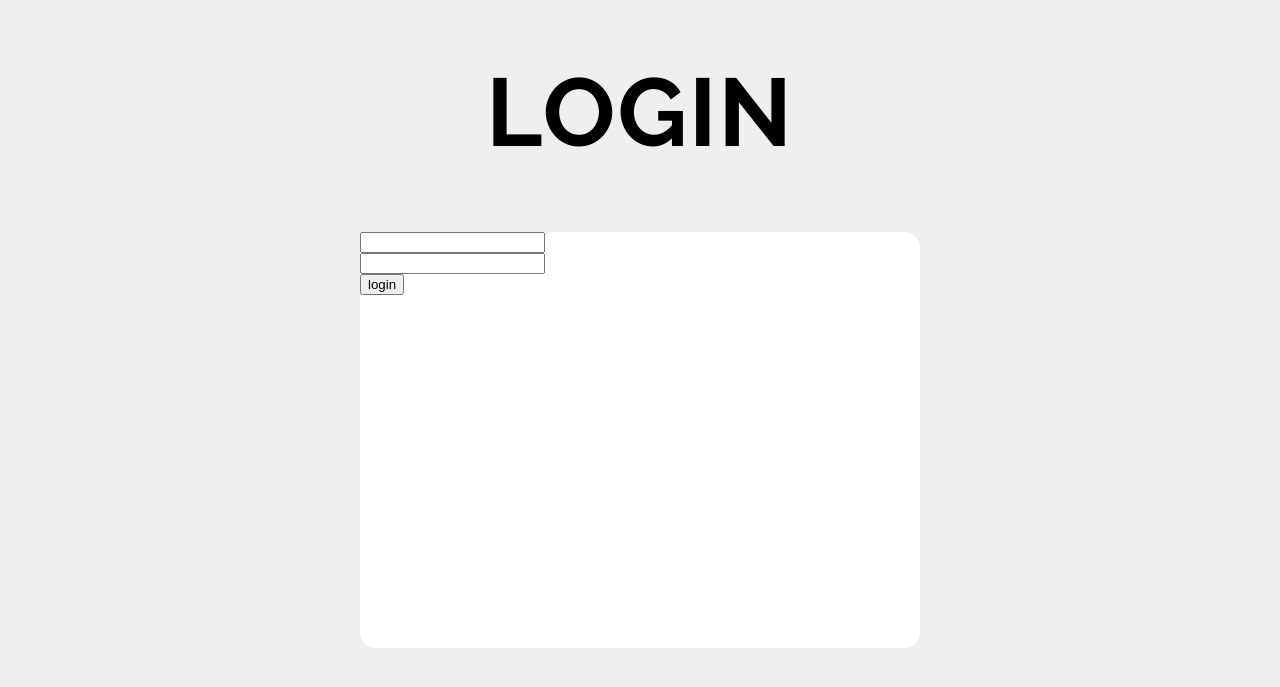
Repository: rehamtaher10/thirdReactTask
Page: /
The author's editor kept a copy of each file at every save. The page is drawn from the files as they stood at one save, then again after the next save.
The browser window is 1280 px wide. The pictures show the whole page.
The project was rebuilt for these pictures with package versions that can differ from the ones it lists, and the page was loaded fresh each time. Also part of the build but not shown: vite.config.js, src/components/HomePage/Home.jsx, src/style/navBar.css, src/components/Navbar.jsx, src/components/Layout/Layout.jsx, src/components/AboutPage/About.jsx, src/style/contactUs.css, src/components/ContactUsPage/ContactUs.jsx and 2 more.

Above is the page before, as saved 2024-12-01 23:07:13.

After the next save:
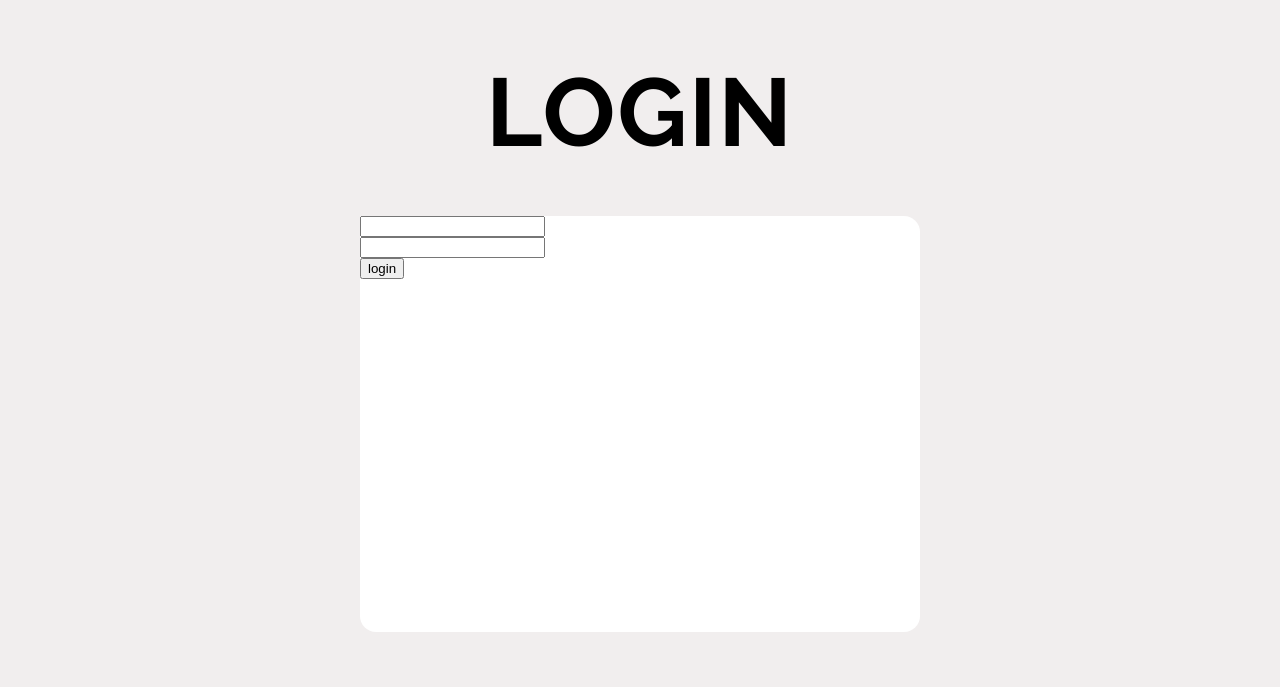
Saved 12 s later.
--- a/src/style/loginPage.css
+++ b/src/style/loginPage.css
@@ -8,7 +8,6 @@ body {
   flex-direction: column;
   justify-content: center;
   align-items: center;
-  gap: 1rem;
 }
 .loginComponent h1 {
   font-family: "Raleway", sans-serif;
